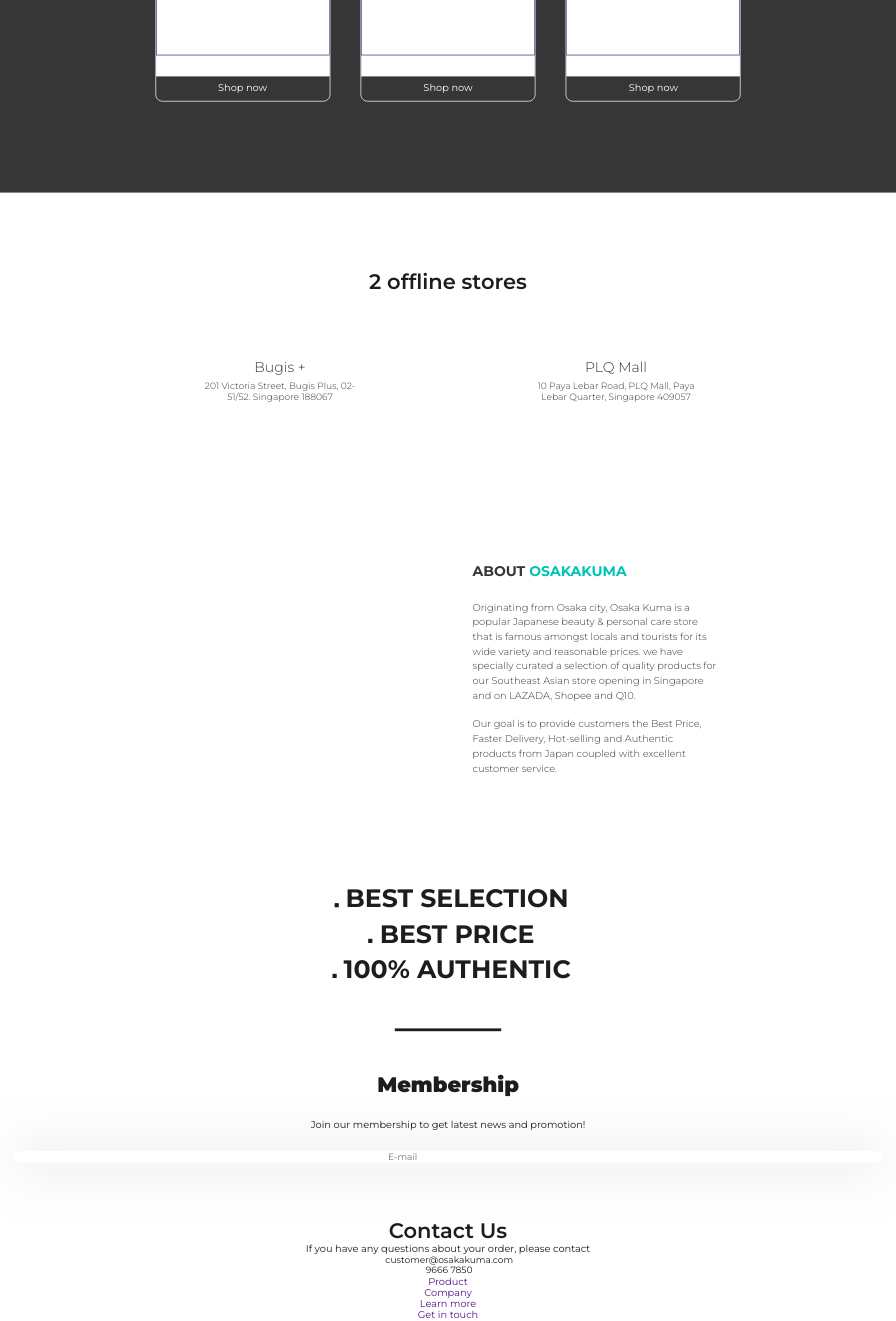
Repository: wendylw/osakakuma-landing
Page: index.html
These files come from the project's save history. The page is drawn as it stood at one moment and after the next save; the edit follows.
The browser window is 1280 px wide. The pictures show the part of the page from y = 1253 to 3173 px (the page is 3140 px tall before and 3173 px after), at 70% of full size.
The style sheet was rebuilt from its Sass, Less or Tailwind sources for each picture, by a compiler version that may differ from the author's.

Above is the page before, as saved 2021-03-04 03:44:31.

### index.html
<!doctype html>
<html class="no-js" lang="">

<head>
  <meta charset="utf-8">
  <meta http-equiv="x-ua-compatible" content="ie=edge">
  <title></title>
  <meta name="description" content="">
  <meta name="viewport" content="width=device-width, initial-scale=1, shrink-to-fit=no">
  <link rel="manifest" href="site.webmanifest">
  <link rel="apple-touch-icon" href="icon.png">
  <!-- Place favicon.ico in the root directory -->

  <link rel="preconnect" href="https://fonts.gstatic.com">
  <link href="https://fonts.googleapis.com/css2?family=Montserrat:wght@300;400;600;700;900&display=swap" rel="stylesheet">

  <link rel="stylesheet" href="css/normalize.css">
  <link rel="stylesheet" href="css/video-js.min.css">
  <link rel="stylesheet" href="css/main.css">
</head>

<body>
  <!--[if lte IE 9]>
    <p class="browserupgrade">You are using an <strong>outdated</strong> browser. Please <a href="https://browsehappy.com/">upgrade your browser</a> to improve your experience and security.</p>
  <![endif]-->

  <!-- Add your site or application content here -->
  <main class="main">
    <header class="header text-center">
      <div class="container">
        <img class="header__logo" src="" alt="logo">
        <div class="header__title-container">
          <h1 class="header__title">JAPANESE BEAUTY & LIFESTYLE CURATOR</h1>
          <ul class="header__products">
            <li class="header__products-item">
              <span>Skincare</span>
            </li>
            <li class="header__products-item">
              <span>Makeup</span>
            </li>
            <li class="header__products-item">
              <span>Daily necessities</span>
            </li>
          </ul>
        </div>
        <a class="header__follow-us" href="">Follow Us</a>
        <ul class="header__social-container">
          <li class="header__social-group">
            <ul class="header__social-list">
              <li class="header__social-item">
                <a class="header__social-link" href="">
                  <img src="./img/social-facebook-black.svg" alt="">
                </a>
              </li>
              <li class="header__social-item">
                <a class="header__social-link" href="">
                  <img src="./img/social-instagram-black.svg" alt="">
                </a>
              </li>
              <li class="header__social-item">
                <a class="header__social-link" href="">
                  <img src="./img/social-tick-black.svg" alt="">
                </a>
              </li>
              <li class="header__social-item">
                <a class="header__social-link" href="">
                  <img src="./img/social-xiaohongshu-black.svg" alt="">
                </a>
              </li>
            </ul>
            <hr class="header__social-divider-first"/>
            <div class="text-left header__social-label">
              <span>@osakakuma</span>
            </div>
          </li>
          <li class="header__social-group">
            <ul class="header__social-list">
              <li class="header__social-item">
                <a class="header__social-link" href="">
                  <img src="./img/social-wechat-black.svg" alt="">
                </a>
              </li>
            </ul>
            <hr class="header__social-divider-second"/>
            <span>大阪熊SG</span>
          </li>
        </ul>
      </div>
    </header>
    <!-- online stores -->
    <section class="online-store">
      <div class="container text-center">
        <ul class="online-store__advantages">
          <li class="online-store__advantages-item">
            <span>BEST SELECTION</span>
          </li>
          <li class="online-store__advantages-item">
            <span>BEST PRICE</span>
          </li>
          <li class="online-store__advantages-item">
            <span>100% AUTHENTIC</span>
          </li>
        </ul>
        <h2 class="online-store__title">3 online stores</h2>
        <ul class="online-store__list">
          <li class="online-store__item">
            <a href="" class="online-store__item-content">
              <img class="online-store__logo" src="" alt="">
              <label class="online-store__label">Shop now</label>
            </a>
          </li>
          <li class="online-store__item">
            <a href="" class="online-store__item-content">
              <img class="online-store__logo" src="" alt="">
              <label class="online-store__label">Shop now</label>
            </a>
          </li>
          <li class="online-store__item">
            <a href="" class="online-store__item-content">
              <img class="online-store__logo" src="" alt="">
              <label class="online-store__label">Shop now</label>
            </a>
          </li>
        </ul>
      </div>
    </section>
    <!-- end of online stores -->
    <!-- offline stores -->
    <section class="offline-stores">
      <div class="container text-center">
        <h2 class="offline-stores__title">2 offline stores</h2>
        <ul class="offline-stores__list row">
          <li class="offline-stores__column col-6">
            <img src="" alt="">
            <div>
              <h4 class="offline-stores__item-title">Bugis +</h4>
              <address class="offline-stores__address">201 Victoria Street, Bugis Plus, 02-51/52. Singapore 188067</address>
            </div>
          </li>
          <li class="offline-stores__column col-6">
            <img src="" alt="">
            <div>
              <h4 class="offline-stores__item-title">PLQ Mall</h4>
              <address class="offline-stores__address">10 Paya Lebar Road, PLQ Mall, Paya Lebar Quarter, Singapore 409057</address>
            </div>
          </li>
        </ul>
      </div>
    </section>
    <!-- end of offline stores -->
    <!-- about us -->
    <section class="about-us">
      <div class="container">
        <div class="row">
          <div class="col-6">
            <img src="" alt="">
          </div>
          <div class="about-us__colmn-content col-6">
            <h3 class="about-us__title">ABOUT <span>OSAKAKUMA</span></h3>
            <p class="about-us__paragraph">Originating from Osaka city, Osaka Kuma is a popular Japanese beauty & personal care store that is famous amongst locals and tourists for its wide variety and reasonable prices. we have specially curated a selection of quality products for our Southeast Asian store opening in Singapore and on LAZADA, Shopee and Q10. </p>
            <p class="about-us__paragraph">Our goal is to provide customers the Best Price, Faster Delivery, Hot-selling and Authentic products from Japan coupled with excellent customer service.</p>
          </div>
        </div>
      </div>
    </section>
    <!-- end of about us -->

    <!-- membership -->
    <section class="membership">
      <div class="container text-center">
        <ul class="membership__advantages">
          <li class="membership__advantages-item">
            <span>BEST SELECTION</span>
          </li>
          <li class="membership__advantages-item">
            <span>BEST PRICE</span>
          </li>
          <li class="membership__advantages-item">
            <span>100% AUTHENTIC</span>
          </li>
        </ul>
        <hr class="membership__divider" />
        <h2 class="membership__title">Membership</h2>
        <p class="membership__description">Join our membership to get latest news and promotion!</p>
        <form class="membership__form">
          <input class="text-left" type="email" placeholder="E-mail" name="" id="">
          <button>
            <img src="" alt="">
          </button>
        </form>
      </div>
    </section>
    <!-- end of membership -->

    <section class="container text-center">
      <ul>
        <li>
          <a href="">
            <img src="" alt="">
          </a>
        </li>
        <li>
          <a href="">
            <img src="" alt="">
          </a>
        </li>
        <li>
          <a href="">
            <img src="" alt="">
          </a>
        </li>
        <li>
          <a href="">
            <img src="" alt="">
          </a>
        </li>
        <li>
          <a href="">
            <img src="" alt="">
          </a>
        </li>
      </ul>
      <h2>Contact Us</h2>
      <p>If you have any questions about your order, please contact </p>
      <ul>
        <li>
          <img src="" alt="">
          <span>customer@osakakuma.com</span>
        </li>
        <li>
          <img src="" alt="">
          <span>9666 7850</span>
        </li>
      </ul>
    </section>

    <footer class="footer">
      <div class="footer__image"></div>
      <div class="footer__content text-center">
        <ul>
          <li>
            <a href="">Product</a>
          </li>
          <li>
            <a href="">Company</a>
          </li>
          <li>
            <a href="">Learn more</a>
          </li>
          <li>
            <a href="">Get in touch</a>
          </li>
        </ul>
      </div>
    </footer>
  </main>

  <script src="js/vendor/modernizr-3.6.0.min.js"></script>
  <script src="https://cdn.staticfile.org/jquery/3.3.1/jquery.min.js" integrity="sha256-FgpCb/KJQlLNfOu91ta32o/NMZxltwRo8QtmkMRdAu8=" crossorigin="anonymous"></script>
  <script>window.jQuery || document.write('<script src="js/vendor/jquery-3.3.1.min.js"><\/script>')</script>
  <script src="js/vendor/video.min.js"></script>
  <script src="js/plugins.js"></script>
  <script src="js/main.js"></script>
  <script src="js/homepage.js"></script>

  <!-- Google Analytics: change UA-XXXXX-Y to be your site's ID. -->
  <!-- <script>
    window.ga = function () { ga.q.push(arguments) }; ga.q = []; ga.l = +new Date;
    ga('create', 'UA-XXXXX-Y', 'auto'); ga('send', 'pageview')
  </script>
  <script src="https://www.google-analytics.com/analytics.js" async defer></script> -->
</body>

</html>

### js/plugins.js
// Avoid `console` errors in browsers that lack a console.
(function() {
  var method;
  var noop = function () {};
  var methods = [
    'assert', 'clear', 'count', 'debug', 'dir', 'dirxml', 'error',
    'exception', 'group', 'groupCollapsed', 'groupEnd', 'info', 'log',
    'markTimeline', 'profile', 'profileEnd', 'table', 'time', 'timeEnd',
    'timeline', 'timelineEnd', 'timeStamp', 'trace', 'warn'
  ];
  var length = methods.length;
  var console = (window.console = window.console || {});

  while (length--) {
    method = methods[length];

    // Only stub undefined methods.
    if (!console[method]) {
      console[method] = noop;
    }
  }
}());

// Place any jQuery/helper plugins in here.

### styles/main.scss
@import './var';

* {
  box-sizing: border-box;
  font-size: $main-font;
}

html {
  font-family: 'Montserrat', "Helvetica Neue", -apple-system, Arial, sans-serif;
  font-size: $basic-font;
  font-weight: 400;
  color: $main-color;
}

body {
  padding: 0;
  margin: 0;
}

h1 {
  font-size: 3.4rem;
  margin: 0;
}

h2 {
  font-size: 3rem;
  font-weight: 600;
  margin: 0;
}

h3 {
  font-size: 2rem;
  font-weight: 700;
  margin: 0;
}

label,
a {
  font-size: 1.4rem;
  text-decoration: none;
  cursor: pointer;
}

h4,
p {
  font-size: 1.4rem;
  margin: 0;
}

img {
  max-width: 100%;
}

button {
  border: 0;
  background-color: transparent;
  height: auto;
  line-height: 100%;
}

input {
  border: 0;
  outline: none;
  box-shadow: none;
  background-color: transparent;
}

.container {
  max-width: 1240px;
  margin: auto;
}

.big-container {
  max-width: 1200px;
  margin: auto;
}

ul {
	list-style: none;
	padding-left: 0;
	margin: 0;
}

.text-center {
  text-align: center;
}

.text-left {
  text-align: left;
}

.text-right {
  text-align: right;
}

.text-middle {
  vertical-align: middle;
}

.text-line-height-base {
  line-height: 1.5em;
}

.row {
  &::after {
    content: "";
    display: block;
    clear: both;
  }
}

.col-3 {
  float: left;
  width: 25%;
}

.col-4 {
  float: left;
  width: 33.33%;
}

.col-5 {
  float: left;
  width: 41.66%;
}

.col-6 {
  float: left;
  width: 50%;
}

.col-7 {
  float: left;
  width: 58.33%;
}

.col-9 {
  float: left;
  width: 75%;
}

.block-mobile {
  display: none !important;
}

@keyframes float {
	0% {
		transform: translatey(0px);
	}
	50% {
		transform: translatey(-20px);
	}
	100% {
		transform: translatey(0px);
	}
}

@-webkit-keyframes float {
	0% {
		transform: translatey(0px);
	}
	50% {
		transform: translatey(-20px);
	}
	100% {
		transform: translatey(0px);
	}
}

@-webkit-keyframes headShake {
  0% {
    -webkit-transform: translateX(0);
    transform: translateX(0);
  }

  13% {
    -webkit-transform: translateX(-12px) rotateY(-9deg);
    transform: translateX(-12px) rotateY(-9deg);
  }

  37% {
    -webkit-transform: translateX(-8px) rotateY(7deg);
    transform: translateX(-8px) rotateY(7deg);
  }

  63% {
    -webkit-transform: translateX(-4px) rotateY(-5deg);
    transform: translateX(-4px) rotateY(-5deg);
  }

  87% {
    -webkit-transform: translateX(6x) rotateY(3deg);
    transform: translateX(6x) rotateY(3deg);
  }

  100% {
    -webkit-transform: translateX(0);
    transform: translateX(0);
  }
}
@keyframes headShake {
  0% {
    -webkit-transform: translateX(0);
    transform: translateX(0);
  }

  13% {
    -webkit-transform: translateX(-12px) rotateY(-9deg);
    transform: translateX(-12px) rotateY(-9deg);
  }

  37% {
    -webkit-transform: translateX(-8px) rotateY(7deg);
    transform: translateX(-8px) rotateY(7deg);
  }

  63% {
    -webkit-transform: translateX(-4px) rotateY(-5deg);
    transform: translateX(-4px) rotateY(-5deg);
  }

  87% {
    -webkit-transform: translateX(6x) rotateY(3deg);
    transform: translateX(6x) rotateY(3deg);
  }

  100% {
    -webkit-transform: translateX(0);
    transform: translateX(0);
  }
}

@-webkit-keyframes shakeX {
  from,
  to {
    -webkit-transform: translate3d(0, 0, 0);
    transform: translate3d(0, 0, 0);
  }

  10%,
  30%,
  50%,
  70%,
  90% {
    -webkit-transform: translate3d(-20px, 0, 0);
    transform: translate3d(-20px, 0, 0);
  }

  20%,
  40%,
  60%,
  80% {
    -webkit-transform: translate3d(20px, 0, 0);
    transform: translate3d(20px, 0, 0);
  }
}
@keyframes shakeX {
  from,
  to {
    -webkit-transform: translate3d(0, 0, 0);
    transform: translate3d(0, 0, 0);
  }

  10%,
  30%,
  50%,
  70%,
  90% {
    -webkit-transform: translate3d(-20px, 0, 0);
    transform: translate3d(-20px, 0, 0);
  }

  20%,
  40%,
  60%,
  80% {
    -webkit-transform: translate3d(20px, 0, 0);
    transform: translate3d(20px, 0, 0);
  }
}
.animate__shakeX {
  -webkit-animation-name: shakeX;
  animation-name: shakeX;
}

.animated {
  -webkit-animation-duration: 1s;
  animation-duration: 1s;
  -webkit-animation-fill-mode: both;
  animation-fill-mode: both;
}

.animated.infinite {
  -webkit-animation-iteration-count: infinite;
  animation-iteration-count: infinite;
}

.animated.hinge {
  -webkit-animation-duration: 2s;
  animation-duration: 2s;
}

@-webkit-keyframes fadeIn {
  0% {
    opacity: 0;
  }

  100% {
    opacity: 1;
  }
}

@keyframes fadeIn {
  0% {
    opacity: 0;
  }

  100% {
    opacity: 1;
  }
}

.fadeIn {
  -webkit-animation-name: fadeIn;
  animation-name: fadeIn;
}

@-webkit-keyframes fadeOut {
  0% {
    opacity: 1;
  }

  100% {
    opacity: 0;
  }
}

@-webkit-keyframes flash {
  0%, 50%, 100% {
    opacity: 1;
  }

  25%, 75% {
    opacity: 0.6;
  }
}

@keyframes flash {
  0%, 50%, 100% {
    opacity: 1;
  }

  25%, 75% {
    opacity: 0.6;
  }
}

.flash {
  -webkit-animation-name: flash;
  animation-name: flash;
}

.header {
  padding: 50px 15px;

  &__title-container {
    margin: 100px auto;
  }

  &__title {
    margin: 12px auto;
    line-height: 1.4em;
  }

  &__products {
    margin: 6px auto;
  }

  &__products-item {
    display: inline-block;
  }

  &__products-item ~ &__products-item::before {
    content: '';
    display: inline-block;
    margin: 0 1.2rem;
    width: 1px;
    height: 1.2rem;
    background-color: $main-color;
  }

  &__products-item span {
    font-size: 1.6rem;
    font-weight: 300;
  }

  &__follow-us {
    display: inline-block;
    padding: 1rem 1.8rem;
    border-radius: 20px;
    font-size: 1.4rem;
    color: $white;
    background-color: $light-black;
  }

  &__social-container {
    margin: 60px auto;
  }

  &__social-group {
    display: inline-block;
  }

  &__social-item {
    display: inline-block;
    padding: 0 30px;
  }

  &__social-link {
    display: block;
  }

  &__social-link img {
    height: 3rem;
  }

  &__social-divider-first {
    margin: 20px 30px 12px;
  }

  &__social-divider-second {
    margin: 20px 0 12px;
  }

  &__social-label {
    margin: 0 30px;
  }
}

.footer {
}

@media (max-width: 960px) {
  html {
    font-size: $small-font;
  }

  h1 {
    font-size: $banner-font-m;
  }

  h2 {
    font-size: $bigger-font;
  }

  h3 {
    font-size: $big-font;
  }

  label,
  a {
    font-size: $main-font;
    text-decoration: none;
    cursor: pointer;
  }

  h4,
  p {
    font-size: $small-font;
  }

  .container {
    max-width: 768px;
  }

  .big-container {
    max-width: 900px;
  }
}

@media (max-width: 767px) {
  .block-mobile {
    display: block !important;
  }

  .hidden-mobile {
    display: none !important;
  }

  .header {
  }

  .footer {
  }
}

@import './homepage';

### styles/_var.scss
/* font size variables */
$basic-font: 10px;

$smaller-font: 11px;
$small-font: 12px;
$main-font: 13px;
$big-font: 16px;
$bigger-font: 18px;
$biggest-font: 20px;

$banner-font: 45px;
$banner-font-m: 30px;
$surpport-font: 24px;

/* color variables */
$white: #fff;
$black: #000;
$light-black: #14191D;
$main-color: #1D1E1C;
$theme-color: #00c4b3;
$theme-color-light: #7AC8C4;
$title-color: #5C3418;

$light-gray: #dbdbdb;
$lightter-gray: #606060;
$dark-gray: #363636;
$darker-gray: #171717;
$middle-gray-1: #979797;
$middle-gray-2: #f5f6f7;

/* special colors */
$footer-color: #b5b5b5;

### styles/_homepage.scss
.online-store {
  padding: 90px 10px;
  color: $white;
  background-color: $dark-gray;

  &__advantages {
    margin: 40px auto;
  }

  &__advantages-item span::before {
    content: " ";
    display: inline-block;
    margin: 0 10px;
    width: 0.6rem;
    height: 0.6rem;
    background-color: $white;
  }

  &__advantages-item span {
    line-height: 1.4em;
    font-size: 3.6rem;
    font-weight: 700;
  }

  &__title {
    margin: 100px auto;
  }

  &__list {
    margin: 40px auto;
  }

  &__item {
    display: inline-block;
  }

  &__item-content {
    display: block;
    margin: 0 20px;
    border: 1px solid $white;
    border-radius: 10px;
    width: 250px;
    height: 250px;
  }

  &__logo {
    width: 100%;
    height: 86%;
    background-color: $white;
  }

  &__label {
    display: block;
    padding: 3% 0;
    height: 14%;
    color: $white;
  }
}

.offline-stores {
  padding: 50px 15px;

  &__title {
    margin: 60px auto;
  }

  &__list {
    margin: 60px auto;
    max-width: 960px;
  }

  &__column {
    padding: 10px 30px;
  }

  &__image {
    margin: 20px auto;
  }

  &__item-title {
    line-height: 2em;
    font-size: 2rem;
    font-weight: 300;
    color: $dark-gray;
  }

  &__address {
    margin: 0 auto;
    max-width: 55%;
    color: $dark-gray;
    font-style: unset;
    font-weight: 300;
  }
}

.about-us {
  padding: 50px 0;
  color: $dark-gray;
  font-weight: 300;

  &__colmn-content {
    padding: 30px 15px 40px;
  }

  &__title {
    padding: 0 20px;
    margin: 30px 0;
  }

  &__title span {
    font-size: inherit;
    color: $theme-color;
  }

  &__paragraph{
    padding: 0 20px;
    margin: 20px 0;
    width: 66%;
    line-height: 1.5em;
  }
}

.membership {
  &__advantages {
    margin: 40px auto;
  }

  &__advantages-item span::before {
    content: " ";
    display: inline-block;
    margin: 0 10px;
    width: 0.6rem;
    height: 0.6rem;
    background-color: $main-color;
  }

  &__advantages-item span {
    line-height: 1.4em;
    font-size: 3.6rem;
    font-weight: 700;
  }

  &__divider {
    margin: 60px auto;
    border: 2px solid;
    width: 12%;
  }

  &__title {
    margin: 10px auto;
    font-weight: 900;
  }

  &__description {
    margin: 30px auto;
  }

  &__form {
    background-color: $white;
    box-shadow: 0 2px 70px 0 rgba(161, 161, 161, 0.50);
    border-radius: 100px;
  }

  &__input {
    height: 50px;
  }
}

Loaded but not shown: css/normalize.css (library); css/video-js.min.css (library); js/vendor/modernizr-3.6.0.min.js (library); js/vendor/video.min.js (library); js/main.js (common file); js/homepage.js (common file)

After the next save:
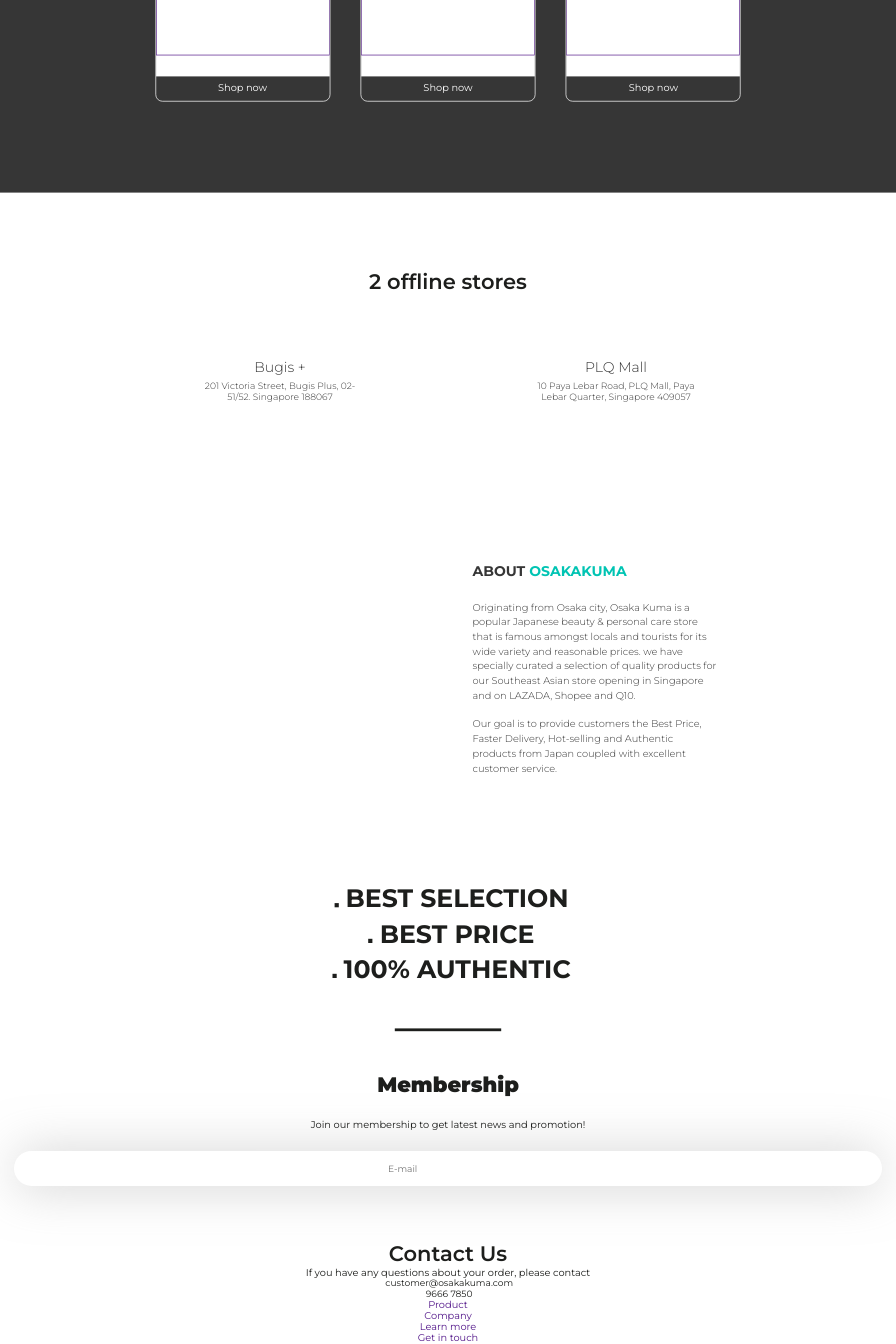
Saved 14 s later.
--- a/index.html
+++ b/index.html
@@ -183,7 +183,7 @@
         <h2 class="membership__title">Membership</h2>
         <p class="membership__description">Join our membership to get latest news and promotion!</p>
         <form class="membership__form">
-          <input class="text-left" type="email" placeholder="E-mail" name="" id="">
+          <input class="membership__input text-left" type="email" placeholder="E-mail" name="" id="">
           <button>
             <img src="" alt="">
           </button>
